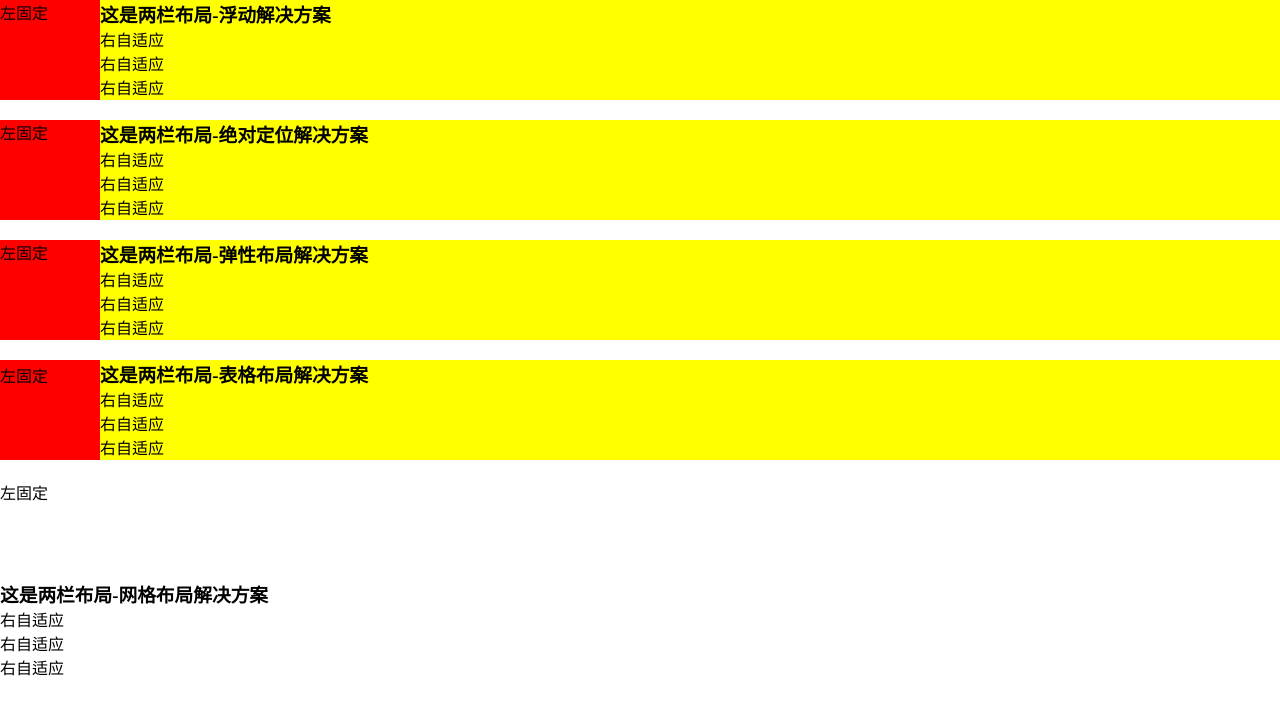
Repository: Qianfane/Blog
Page: 面试相关/测试/2-1、两栏布局-左固定右自适应.html
These files come from the project's save history. The page is drawn as it stood at one moment and after the next save; the edit follows.
The browser window is 1280 px wide. The pictures show the whole page.

Above is the page before, as saved 2022-01-03 16:17:20.

After the next save:
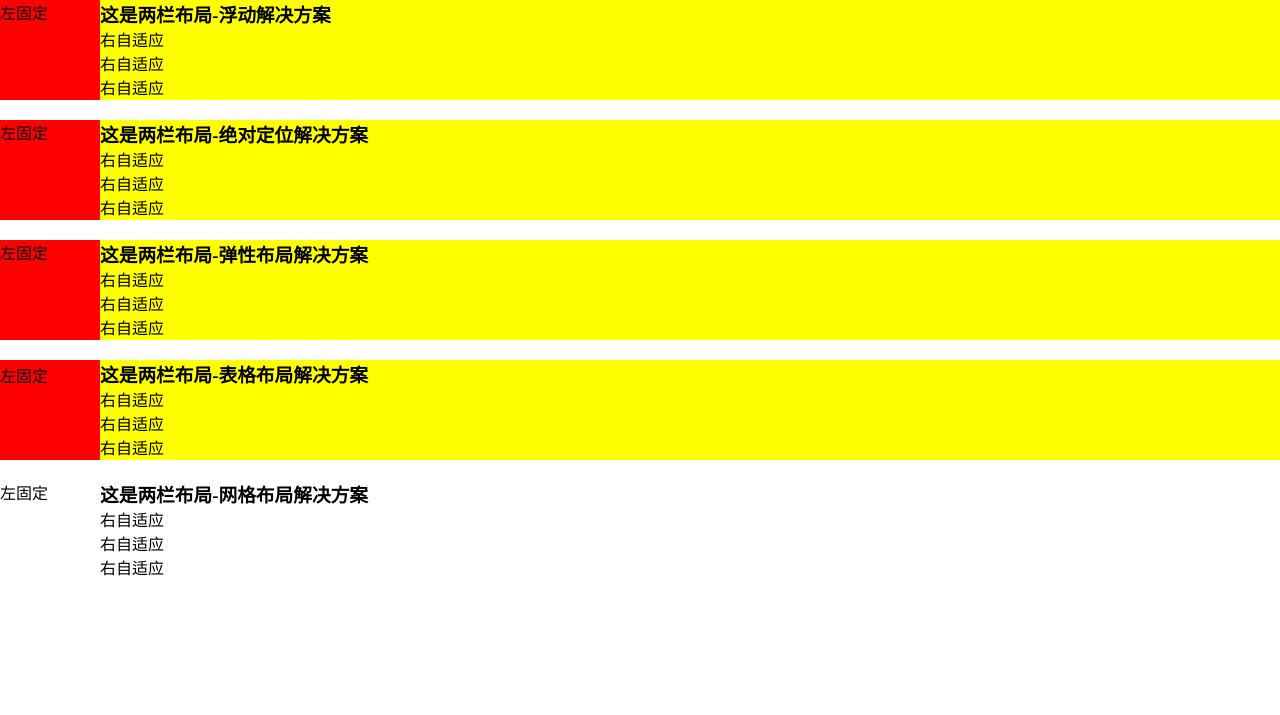
Saved 5 s later.
--- a/面试相关/测试/2-1、两栏布局-左固定右自适应.html
+++ b/面试相关/测试/2-1、两栏布局-左固定右自适应.html
@@ -149,7 +149,7 @@
         <style>
             .layout.grid .left-right {
                 display: grid;
-                grid-template-columns: ;
+                grid-template-columns: 100px auto;
 
                 width: 100%;
                 height: 100px;
